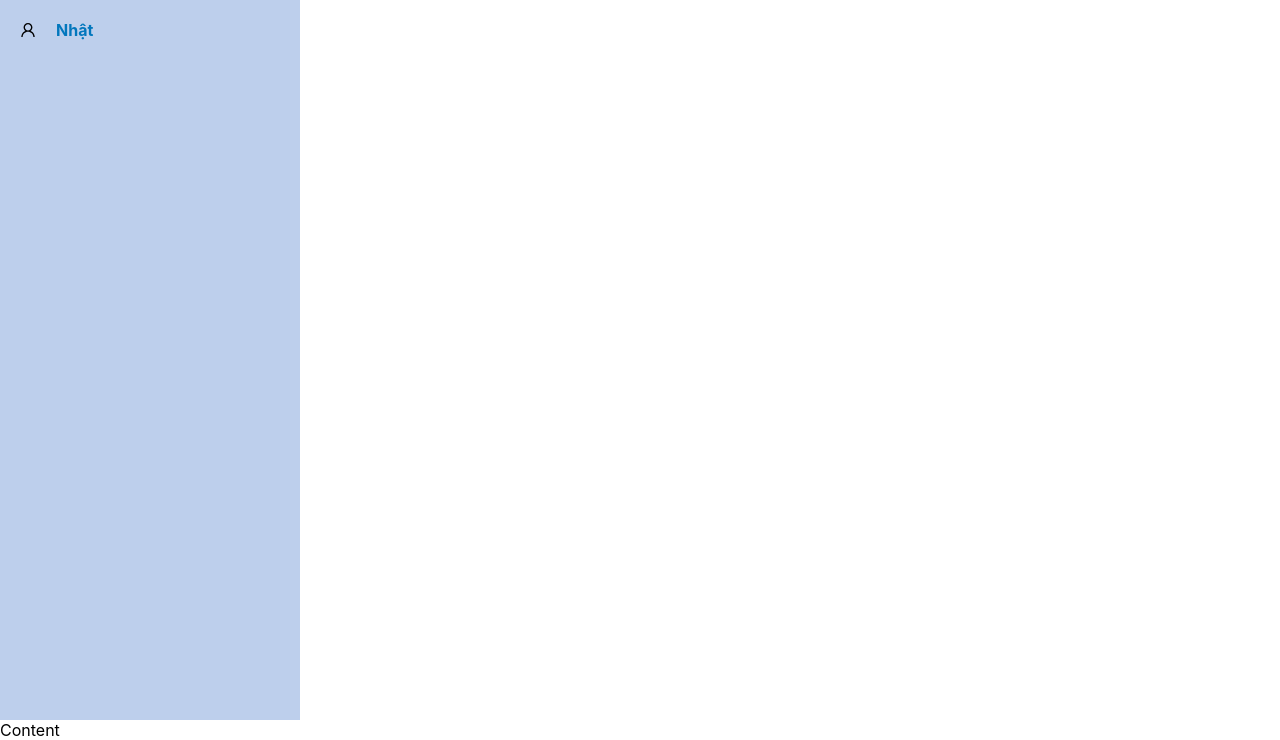
Repository: baonhat27/SocialNetwork_FE
Page: /home
An editor plug-in stored every save of this project. The page is shown before and after the next save, followed by the edit.
The browser window is 1280 px wide. The pictures show the whole page.
Pictures or frames that could not be fetched are drawn as grey boxes. The project was rebuilt for these pictures with package versions that can differ from the ones it lists, and the page was loaded fresh each time. Also part of the build but not shown: src/containers/home/component/HomeComponent.module.css, src/containers/loginPage/component/LoginPageComponent.module.css, src/conponents/Input/Input.module.css, src/conponents/Input/Input.js, src/conponents/Button/Button.module.css, src/conponents/Button/Button.js, src/containers/loginPage/component/LoginPageComponent.js, src/containers/loginPage/LoginPageContainer.js.

Above is the page before, as saved 2022-03-09 21:09:41.

### public/index.html
<!DOCTYPE html>
<html lang="en">
  <head>
    <meta charset="utf-8" />
    <link rel="icon" href="%PUBLIC_URL%/favicon.ico" />
    <meta name="viewport" content="width=device-width, initial-scale=1" />
    <meta name="theme-color" content="#000000" />
    <meta
      name="description"
      content="Web site created using create-react-app"
    />
    <link rel="apple-touch-icon" href="%PUBLIC_URL%/logo192.png" />
    <!--
      manifest.json provides metadata used when your web app is installed on a
      user's mobile device or desktop. See https://developers.google.com/web/fundamentals/web-app-manifest/
    -->
    <link rel="manifest" href="%PUBLIC_URL%/manifest.json" />
    <!--
      Notice the use of %PUBLIC_URL% in the tags above.
      It will be replaced with the URL of the `public` folder during the build.
      Only files inside the `public` folder can be referenced from the HTML.

      Unlike "/favicon.ico" or "favicon.ico", "%PUBLIC_URL%/favicon.ico" will
      work correctly both with client-side routing and a non-root public URL.
      Learn how to configure a non-root public URL by running `npm run build`.
    -->
    <title>Social network</title>
  </head>
  <body>
    <noscript>You need to enable JavaScript to run this app.</noscript>
    <div id="root"></div>
    <!--
      This HTML file is a template.
      If you open it directly in the browser, you will see an empty page.

      You can add webfonts, meta tags, or analytics to this file.
      The build step will place the bundled scripts into the <body> tag.

      To begin the development, run `npm start` or `yarn start`.
      To create a production bundle, use `npm run build` or `yarn build`.
    -->
  </body>
</html>

### src/App.js
import { Route,Switch } from 'react-router-dom';
import './App.css';
import HomeContainer from './containers/home/HomeContainer';
import LoginPageContainer from './containers/loginPage/LoginPageContainer';
function App() {
  return (
    <div className="App">
      <Switch>
        <Route path='/login'>
          <LoginPageContainer/>
        </Route>
        <Route path="/home">
            <HomeContainer/>
        </Route>
      </Switch>
    </div>
  );
}

export default App;

### src/containers/home/HomeContainer.js
import HomeComponent from "./component/HomeComponent"
import React from 'react';

const HomeContainer = () => {
    return (
        <div>
            <HomeComponent/>
        </div>
    );
};

export default HomeContainer;

### src/containers/home/component/HomeComponent.js
import styles from "./HomeComponent.module.css"
import React from "react";
import { Layout, Avatar } from "antd";
import { UserOutlined } from "@ant-design/icons";
import SiderComponent from "../../sider/component/SiderComponent";

const { Header, Footer, Sider, Content } = Layout;

const HomeComponent = (props) => {
    return (
        <Layout>
            <SiderComponent>

            </SiderComponent>


            <Layout>
                <Content>Content</Content>
            </Layout>
        </Layout>
    );
};

export default HomeComponent;

### src/containers/sider/component/SiderComponent.js
import React from 'react';
import styles from './Sider.module.css'
import { Layout, Avatar } from "antd";
import { UserOutlined } from "@ant-design/icons";

const SiderComponent = (props) => {
    return (
        <div className={styles.sider}>
            <div className={styles.user_info}>
                    <Avatar size="large" icon={<UserOutlined/>}></Avatar>
                    <div className={styles.user_name}> Nhật</div>
                </div>
        </div>
    );
};

export default SiderComponent;

### src/containers/sider/component/Sider.module.css
.sider{
    background-color: #bdcfec !important;
    height: 100vh;
    display: flex;
    width: 300px;
}
.user_info{
    margin: 20px;
    display: flex;
    justify-content: center;
}
.user_name{
    margin-left: 20px;
    color: #0277bd;
    font-weight: 700;
}

### src/containers/header/HeaderContainer.js
import React from 'react';
import HeaderComponent from './component/HeaderComponent';

const HeaderContainer = () => {
    return (
        <HeaderComponent></HeaderComponent>
    );
};

export default HeaderContainer;

### src/containers/header/component/HeaderComponent.js
import React from 'react';
import { Layout} from "antd";
import { Avatar } from 'antd';
import { UserOutlined, BellOutlined  } from '@ant-design/icons';
import styles from "./header.module.css"
import Search from '../../../components/Search/Search';


const { Header } = Layout;


const HeaderComponent = () => {
    return (
        <Header className={styles.header}>
            <div class={styles.header_left}>
                <img className={styles.img_logo}
                    src='https://images.yourstory.com/cs/images/companies/484073261089321671237850235461832427438080n-1609922812339.png'
                />
                <Search/>
            </div>
            <div class={styles.header_right}>
                <BellOutlined
                    style={{fontSize: '20px', color:'white'}}
                />
                <Avatar size="small" icon={<UserOutlined />} style={{marginLeft:10}} />
            </div>
        </Header>
    );
};

export default HeaderComponent;

### src/containers/header/component/header.module.css
.header{
    background-color: #0277bd !important;
    display: flex;
    justify-content: space-between;
    align-items: center;
}
.header_left{
    display: flex;
    align-items: center;
}
.header_right{
    display: flex;
    align-items: center;
}
.search {
    margin-left: 50px;
    width: 400px !important;
}
.img_logo{
    width: 50px;
    height: 50px;
    background-size: cover;
}

### src/components/Search/Search.js
import React from 'react';
import './Search.css'
import { SearchOutlined } from '@ant-design/icons';

const Search = () => {
    return (
    <>
        <input
            placeholder='Tìm kiếm...'
            className='inputSearch'
        />
        <SearchOutlined
            className='iconSearch'
        />

    </>
    );
};

export default Search;

### src/components/Search/Search.css
.inputSearch{
    border: none;
    border-top-left-radius: 20px;
    border-bottom-left-radius: 20px;
    width: 400px;
    height: 30px;
    margin-left: 10px;
    padding-left: 20px;
}
.iconSearch{

    background-color: white;
    height: 30px;
    width: 30px;
    display: flex;
    padding: 8px 0px;
}
.iconSearch:hover{
    cursor: pointer;
}

Loaded but not shown: src/index.js (common file); src/index.css (common file); src/reportWebVitals.js (common file); src/App.css (no stored copy; drawn as an empty file)

After the next save:
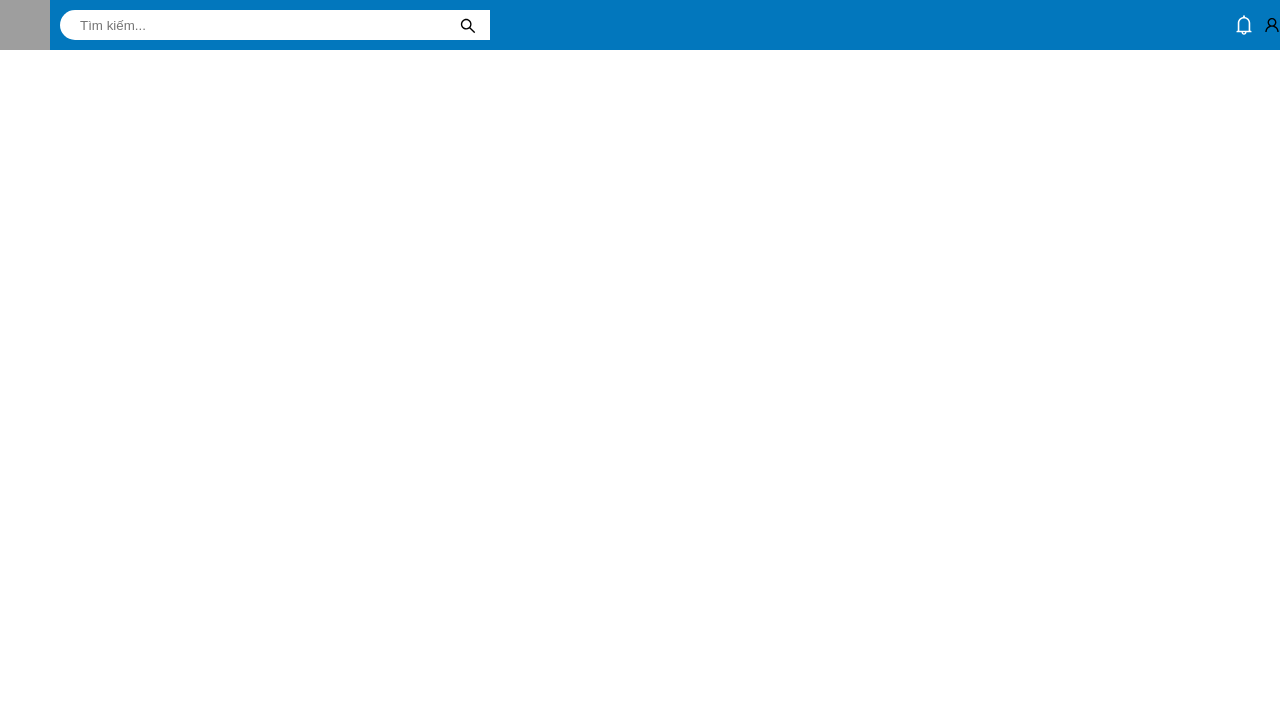
Saved 3 min 45 s later.
--- a/src/App.js
+++ b/src/App.js
@@ -1,5 +1,6 @@
 import { Route,Switch } from 'react-router-dom';
 import './App.css';
+import HeaderContainer from './containers/header/HeaderContainer';
 import HomeContainer from './containers/home/HomeContainer';
 import LoginPageContainer from './containers/loginPage/LoginPageContainer';
 function App() {
@@ -9,6 +10,7 @@ function App() {
         <Route path='/login'>
           <LoginPageContainer/>
         </Route>
+        <HeaderContainer/>
         <Route path="/home">
             <HomeContainer/>
         </Route>
